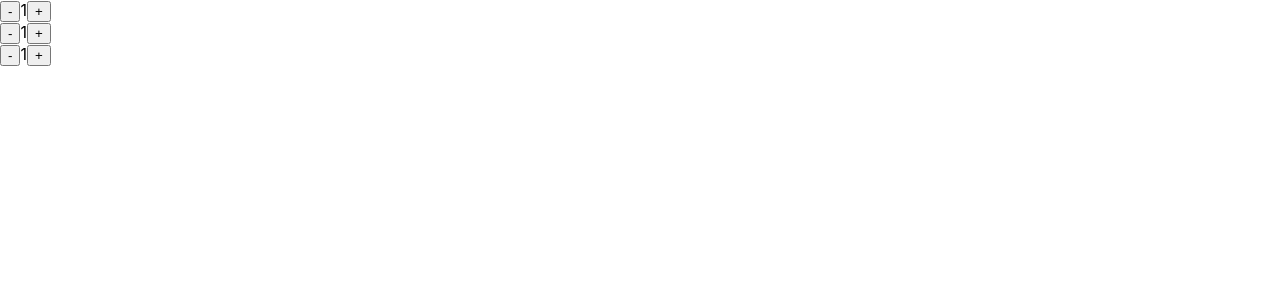
Repository: max535/test-task-netrika
Page: /
These files come from the project's save history. The page is drawn as it stood at one moment and after the next save; the edit follows.
The browser window is 1280 px wide. The pictures show the whole page.
The project was rebuilt for these pictures with package versions that can differ from the ones it lists, and the page was loaded fresh each time.

Above is the page before, as saved 2021-10-16 06:27:29.

After the next save:
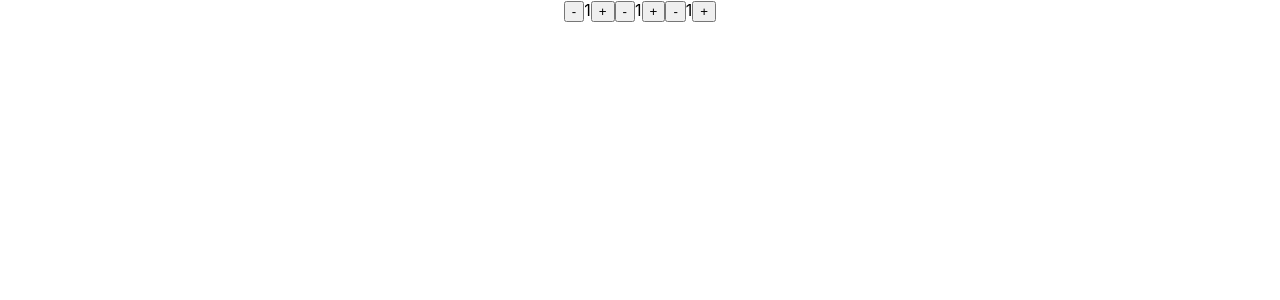
Saved 28 s later.
--- a/src/App.css
+++ b/src/App.css
@@ -1,6 +1,6 @@
 .App {
   display: flex;
-  flex-direction: column;
+  flex-direction: row;
   justify-content: center;
   width: 100%;
   height: 100%;
